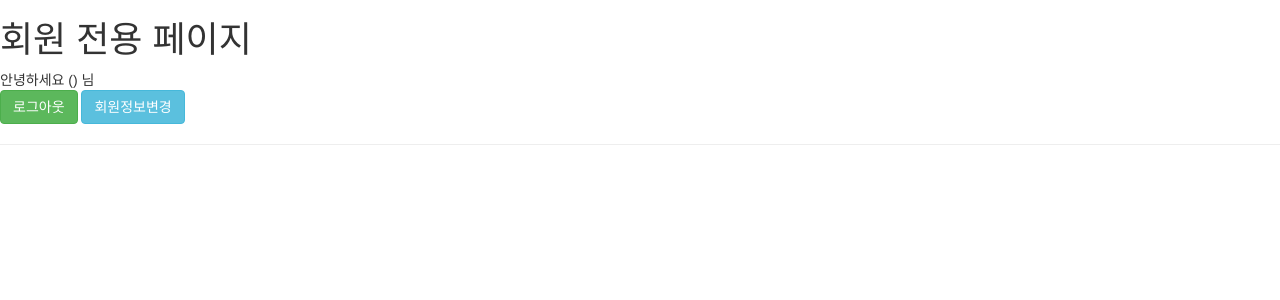
Repository: yjeongyjeong/jsp
Page: http://localhost/web-study-09-re/member/main.jsp
An editor plug-in stored every save of this project. The page is shown before and after the next save, followed by the edit.
The browser window is 1280 px wide. The pictures show the whole page.
The page is served by Tomcat 9.

Above is the page before, as saved 2023-10-16 05:50:10.

After the next save:
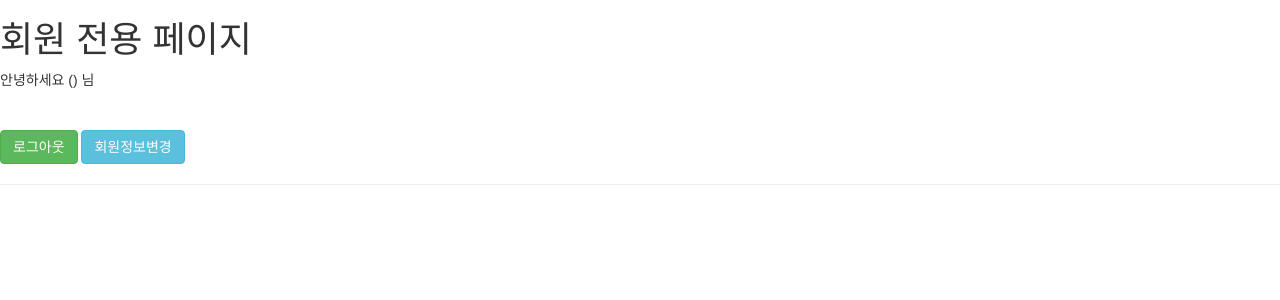
Saved 29 s later.
--- a/web-study-09-re/src/main/webapp/member/main.jsp
+++ b/web-study-09-re/src/main/webapp/member/main.jsp
@@ -26,7 +26,7 @@
 		<!-- session.setAttribute("loginUser", vo); //loginUser는 섹션이라 브라우저 끄기 전까지 값이 기억됨, vo로 값을 받아와서 전부 출력됨(toString한대로..)
 결과는 이렇게 출력됨 MemberVO(name=이소미, userid=somi, pwd=1234, email=somi@naver.com, phone=010-111-2222 , admin=0)
  -->
-		<br>
+		<br><br><br>
 		<button type="reset" class="btn btn-success">로그아웃</button>
 		<button type="button" class="btn btn-info"
 			onclick="location.href='join.do'">회원정보변경</button>
